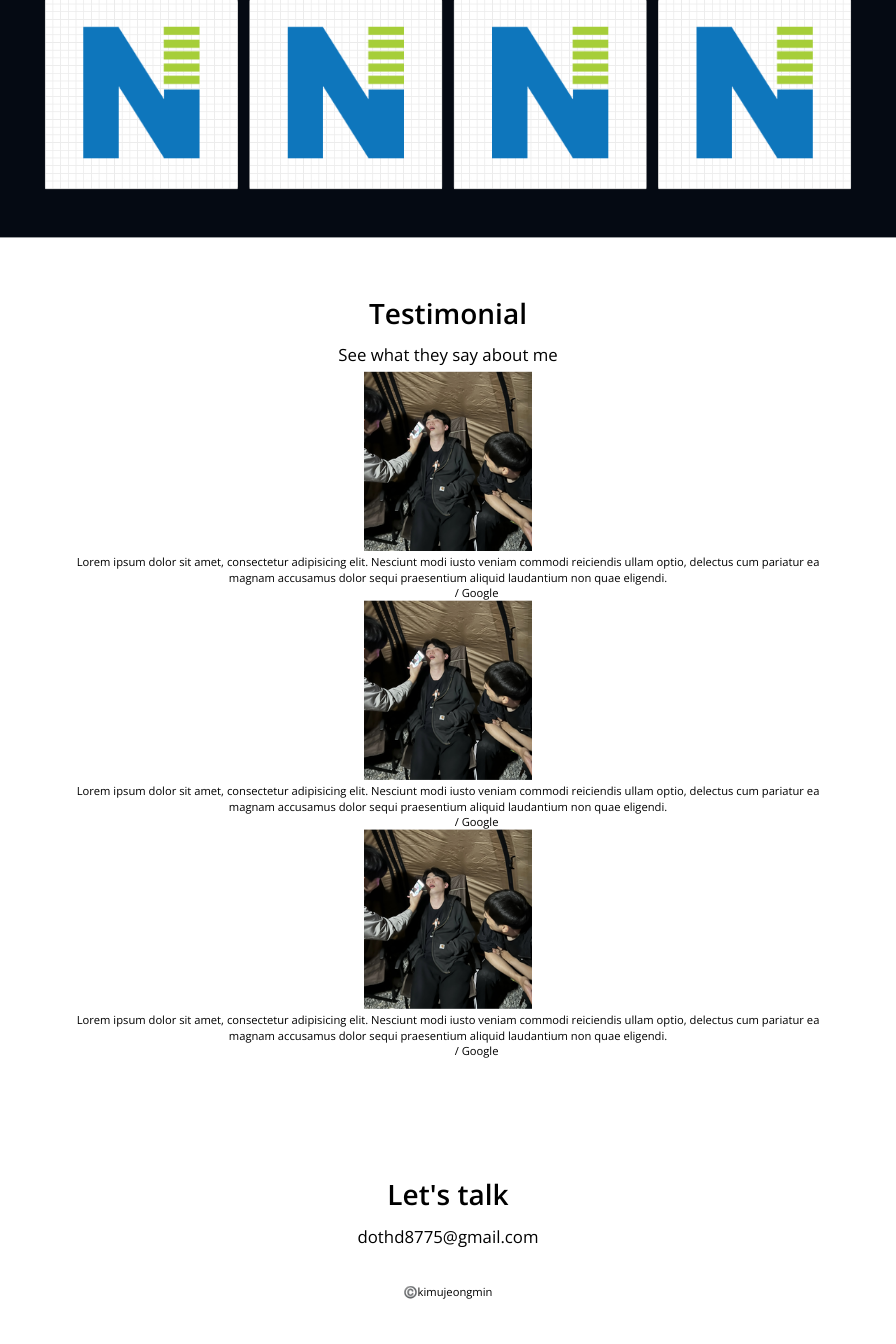
Repository: N1C0N1C0/Portfolio
Page: index.html
The author's editor kept a copy of each file at every save. The page is drawn from the files as they stood at one save, then again after the next save.
The browser window is 1280 px wide. The pictures show the part of the page from y = 2913 to 4833 px (the page is 4833 px tall before and 4772 px after), at 70% of full size.
Some web libraries are served in a nearby version.

Above is the page before, as saved 2023-12-17 02:17:18.

### index.html
<!DOCTYPE html>
<html lang="jp">
<head>
    <meta charset="UTF-8">
    <meta name="viewport" content="width=device-width, initial-scale=1.0">
    <!-- SEO -->
    <title>My&#39s Portfolio</title>
    <meta
        name="description"
        content="Portfolio for job change"
    />
    <meta
        name="author" content="KimJeongmin"
    />
    <link rel="shortcut icon" href="images/favicon.ico" type="image/x-icon">
    <!-- OG(OPEN Graph Data) -->
    <meta property="og:title" content="Portfolio"/>
    <meta property="og:type" content="website"/>
    <meta property="og:url" content="URL generated after deployment"/>
    <meta property="og:image" content="Image URL created after deployment"/>
    <!-- Google Fonts -->
    <link rel="preconnect" href="https://fonts.googleapis.com">
    <link rel="preconnect" href="https://fonts.gstatic.com" crossorigin>
    <link href="https://fonts.googleapis.com/css2?family=Noto+Sans+JP:wght@300;400;500&family=Open+Sans:wght@400;600&display=swap" rel="stylesheet">
    <!-- Font Awesome -->
    <script src="https://kit.fontawesome.com/04742e9fab.js" crossorigin="anonymous"></script>
    <!-- CSS -->
    <link rel="stylesheet" href="css/style.css">
    <!-- Javascript -->
    <script src="src/main.js" defer></script>
</head>
<body>
    <!-- Header -->
    <header class="header">
        <div class="header__logo">
            <img class="header__logo__img" src="images/favicon.ico" alt="logo" />
            <h1 class="header__logo__title"><a href="#">キムジョンミン</a></h1>
        </div>
        <nav>
            <ul class="header__menu">
                <li><a class="header__menu__item active" href="#home">Home</a></li>
                <li><a class="header__menu__item" href="#about">About</a></li>
                <li><a class="header__menu__item" href="#skills">Skill</a></li>
                <li><a class="header__menu__item" href="#work">My Work</a></li>
                <li><a class="header__menu__item" href="#testimonials">Testimonials</a></li>
                <li><a class="header__menu__item" href="#contact">Contact</a></li>
            </ul>
        </nav>
    </header>
    <!-- Main -->
    <main>
        <!-- Home -->
        <section id="home">
            <img class="home__avatar" src="images/profile.JPG" alt="profile">
            <h2 class="home__title">Hello<br/> I&#39;m <strong class="home__title--strong">Jeongmin</strong></h2>
            <p class="home__description">A software engineer currently residing in Nagoya, Japan</p>
            <a class="home__contact" href="#contact">Contact Me</a>
        </section>
        <!-- About -->
        <section id="about" class="section max-container">
            <h2 class="title">About me</h2>
            <p class="description">
                Lorem ipsum dolor sit amet, consectetur adipisicing elit. Ab sit eligendi corporis? Modi animi natus iure reprehenderit, repellat voluptates! Quidem adipisci expedita quae, aspernatur aliquid voluptatem. Harum eligendi temporibus laboriosam.
            </p>
            <ul class="majors">
                <li class="major">
                    <i class="fa-brands fa-html5 major__icon"></i>
                    <p class="major__title">Front-end</p>
                    <p>HTML, CSS, JavaScript, TypeScript, React, Vue, Web APIs</p>
                </li>
                <li class="major">
                    <i class="fa-solid fa-mobile major__icon"></i>
                    <p class="major__title">Mobile</p>
                    <p>Android, iOS, Swift, Java, Kotlin</p>
                </li>
                <li class="major">
                    <i class="fa-solid fa-server major__icon"></i>
                    <p class="major__title">Back-end</p>
                    <p>Java, Javascript, NodeJs, Rest APIs</p>
                </li>
            </ul>
            <ul class="jobs">
                <li class="job">
                    <img class="job__img" src="images/sis_image.png" alt="株式 SIS">
                    <div>
                        <p class="job__name">SIS as Software Engineer</p>
                        <p class="job__period">2023 Dec - Until now</p>
                    </div>
                </li>
            </ul>
        </section>
        <!-- Skills -->
        <section id="skills" class="section">
            <div class="max-container">
                <h2 class="title">My Skills</h2>
            <p class="description">Skills & Attributes</p>
            <p>
                Lorem ipsum dolor sit amet consectetur adipisicing elit. Beatae sit, porro nesciunt fuga dolores nemo unde labore quaerat! Sapiente quis aspernatur perferendis veritatis quidem     pariatur temporibus provident molestiae assumenda quo?
            </p>
            <div class="skills">
                <section class="skills__coding">
                    <h3 class="skills__title">Coding Skills</h3>
                    <ul>
                        <li class="bar">
                            <div class="bar__metadata"><span>HTML</span><span>98%</span></div>
                            <div class="bar__bg"><div class="bar__value" style="width: 98%"></div></div>
                        </li>
                        <li class="bar">
                            <div class="bar__metadata"><span>CSS</span><span>98%</span></div>
                            <div class="bar__bg"><div class="bar__value" style="width: 98%"></div></div>
                        </li>
                        <li class="bar">
                            <div class="bar__metadata"><span>JavaScript</span><span>98%</span></div><div class="bar__bg">
                            <div class="bar__value" style="width: 98%"></div></div>
                        </li>
                        <li class="bar">
                            <div class="bar__metadata"><span>TypeScript</span><span>98%</span></div>
                            <div class="bar__bg"><div class="bar__value" style="width: 98%"></div></div>
                        </li>
                        <li class="bar">
                            <div class="bar__metadata"><span>React</span><span>98%</span></div>
                            <div class="bar__bg"><div class="bar__value" style="width: 98%"></div></div>
                        </li>
                        <li class="bar">
                            <div class="bar__metadata"><span>Java</span><span>68%</span></div>
                            <div class="bar__bg"><div class="bar__value" style="width: 68%"></div></div>
                        </li>
                    </ul>
                </section>
                <section class="skills__tools">
                    <h3 class="skills__title">Tools</h3>
                    <ul>
                        <li>Visual Studio Code</li>
                        <li>IntelliJ</li>
                        <li>Eclipse</li>
                        <li>SpringToolSuite4</li>
                    </ul>
                </section>
                <section class="skills__etc">
                    <h3 class="skills__title">Etc</h3>
                    <ul>
                        <li>Git</li>
                        <li>Post Man</li>
                        <li>Math</li>
                    </ul>
                </section>
            </div>
            </div>
        </section>
        <!-- Work -->
        <section id="work" class="section">
            <div class="max-container">
                <h2 class="title">My work</h2>
            <p class="description">Projects</p>
            <ul class="categories">
                <li><button class="category category--selected">All <span class="category__count">8</span></button></li>
                <li><button class="category">Front-end <span class="category__count">3</span></button></li>
                <li><button class="category">back-end <span class="category__count">3</span></button></li>
                <li><button class="category">Mobile <span class="category__count">2</span></button></li>
            </ul>
            <ul class="projects">
                <li class="project"><a href="#" target="_blank">
                    <img src="images/ncs_image.gif" alt="profile1" class="project__img">
                    <div class="project__metadata">
                        <h3 class="project__metadata__title">Project #1</h3>
                        <p>Clone Coding with HTML, CSS</p>
                    </div>
                </a></li>
                <li class="project"><a href="#" target="_blank">
                    <img src="images/ncs_image.gif" alt="profile2" class="project__img">
                    <div class="project__metadata">
                        <h3 class="project__metadata__title">Project #2</h3>
                        <p>Clone Coding with HTML, CSS</p>
                    </div>
                </a></li>
                <li class="project"><a href="#" target="_blank">
                    <img src="images/ncs_image.gif" alt="profile3" class="project__img">
                    <div class="project__metadata">
                        <h3 class="project__metadata__title">Project #3</h3>
                        <p>Clone Coding with HTML, CSS</p>
                    </div>
                </a></li>
                <li class="project"><a href="#" target="_blank">
                    <img src="images/ncs_image.gif" alt="profile4" class="project__img">
                    <div class="project__metadata">
                        <h3 class="project__metadata__title">Project #4</h3>
                        <p>Clone Coding with HTML, CSS</p>
                    </div>
                </a></li>
                <li class="project"><a href="#" target="_blank">
                    <img src="images/ncs_image.gif" alt="profile5" class="project__img">
                    <div class="project__metadata">
                        <h3 class="project__metadata__title">Project #5</h3>
                        <p>Clone Coding with HTML, CSS</p>
                    </div>
                </a></li>
                <li class="project"><a href="#" target="_blank">
                    <img src="images/ncs_image.gif" alt="profile6" class="project__img">
                    <div class="project__metadata">
                        <h3 class="project__metadata__title">Project #6</h3>
                        <p>Clone Coding with HTML, CSS</p>
                    </div>
                </a></li>
                <li class="project"><a href="#" target="_blank">
                    <img src="images/ncs_image.gif" alt="profile7" class="project__img">
                    <div class="project__metadata">
                        <h3 class="project__metadata__title">Project #7</h3>
                        <p>Clone Coding with HTML, CSS</p>
                    </div>
                </a></li>
                <li class="project"><a href="#" target="_blank">
                    <img src="images/ncs_image.gif" alt="profile8" class="project__img">
                    <div class="project__metadata">
                        <h3 class="project__metadata__title">Project #8</h3>
                        <p>Clone Coding with HTML, CSS</p>
                    </div>
                </a></li>
            </ul>
            </div>
        </section>
        <!-- Testimonials -->
        <section id="testimonials" class="section max-container">
            <h2 class="title">Testimonial</h2>
            <p class="description">See what they say about me</p>
            <ul class="testimonials">
                <li class="testimonial">
                    <img src="images/favicon.ico" alt="" class="testimonial__img">
                    <div class="testimonial__bubble">
                        <p>Lorem ipsum dolor sit amet, consectetur adipisicing elit. Nesciunt modi iusto veniam commodi reiciendis ullam optio, delectus cum pariatur ea magnam accusamus dolor sequi praesentium aliquid laudantium non quae eligendi.</p>
                        <p><a href="#" class="testimonial__bubble__name">James Kim</a> / Google</p>
                    </div>
                </li>
                <li class="testimonial">
                    <img src="images/favicon.ico" alt="" class="testimonial__img">
                    <div class="testimonial__bubble">
                        <p>Lorem ipsum dolor sit amet, consectetur adipisicing elit. Nesciunt modi iusto veniam commodi reiciendis ullam optio, delectus cum pariatur ea magnam accusamus dolor sequi praesentium aliquid laudantium non quae eligendi.</p>
                        <p><a href="#" class="testimonial__bubble__name">James Kim</a> / Google</p>
                    </div>
                </li>
                <li class="testimonial">
                    <img src="images/favicon.ico" alt="" class="testimonial__img">
                    <div class="testimonial__bubble">
                        <p>Lorem ipsum dolor sit amet, consectetur adipisicing elit. Nesciunt modi iusto veniam commodi reiciendis ullam optio, delectus cum pariatur ea magnam accusamus dolor sequi praesentium aliquid laudantium non quae eligendi.</p>
                        <p><a href="#" class="testimonial__bubble__name">James Kim</a> / Google</p>
                    </div>
                </li>
            </ul>
        </section>
        <!-- Arrow up -->
        <aside>
            <a href="#home" title="back to top">
                <i class="fa-solid fa-arrow-up"></i>
            </a>
        </aside>
    </main>
    <!-- Footer -->
    <footer id="contact" class="section">
        <h2 class="title">Let&#39;s talk</h2>
        <p class="description">dothd8775@gmail.com</p>
        <ul>
            <li>
                <a href="https//github.com/" target="_blank" title="my github link">
                    <i class="fa-brands fa-github"></i>
                </a>
            </li>
            <li>
                <a href="https//github.com/" target="_blank" title="my kinkedin link">
                    <i class="fa-brands fa-linkedin"></i>
                </a>
            </li>
        </ul>
        <p>©️kimujeongmin</p>
    </footer>
</body>
</html>

### css/style.css
/* Global */
:root {
    /* App Colors */
    --color-primary: var(--color-black);
    --color-primary-variant: var(--color-gray);
    --color-accent: var(--color-blue);
    --color-accent-variant: var(--color-orange);
    --color-text: var(--color-white);

    /* Colors */
    --color-white : #ffffff;
    --color-black : #050a13;
    --color-blue : #03e8f9;
    --color-orange : #fd6413;
    --color-gray : #1b1e26;

    /* Size */
    --size-max-width : 1200px;
}

* {
    box-sizing: border-box;
}

body {
    font-family: 'Open Sans', sans-serif;
    margin: 0;
}

h1, h2, h3, p, ul {
    margin: 0;
}

ul {
    list-style: none;
    padding: 0;
}

a {
    text-decoration: none;
    color: var(--color-text);
}

button {
    background-color: transparent;
    outline: 0;
    border: 0;
}

button:focus {
    outline: 1px solid var(--color-accent);
}

/* Common */
.section {
    padding: 4rem;
    text-align: center;
}

.title {
    font-size: 2.5rem;
    margin: 1rem 0;
}

.description {
    font-size: 1.5rem;
    margin: 0.5rem 0;
}

.max-container {
    max-width: var(--size-max-width);
    margin: auto;
}

/* Header */
.header {
    background-color: var(--color-black);
    position: fixed;
    top: 0;
    width: 100%;
    padding: 1rem;
    display: flex;
    justify-content: space-between;
    align-items: center;
    z-index: 1;
}

.header__logo {
    display: flex;
    align-items: center;
    gap: 8px;
}

.header__logo__img {
    width: 36px;
    height: 36px;
    border-radius: 100%;
}

.header__logo__title {
    font-size: 1.8rem;
}

.header__menu {
    display: flex;
    gap: 4px;
}

.header__menu__item {
    padding: 8px 16px;
}

.header__menu__item:hover {
    border-bottom: 1px solid var(--color-accent);
}

.header__menu__item.active {
    border: 1px solid var(--color-accent);
    border-radius: 4px;
}

/* Home */
#home {
    background-color: var(--color-primary);
    color: var(--color-text);
    padding: 5rem 1rem;
    padding: 7rem;
    text-align: center;
}

.home__avatar {
    width: 250px;
    height: 250px;
    object-fit: cover;
    border-radius: 100%;
    border: 3px solid var(--color-accent);
}

.home__title {
    font-size: 3rem;
    margin-bottom: ;
}

.home__title--strong {
    color: var(--color-accent);
}

.home__description {
    font-size: 1.3rem;
}

.home__contact {
    display: inline-block;
    background-color: var(--color-accent);
    color: var(--color-black);
    margin: 2rem;
    padding: 0.5rem 1rem;
    font-weight: bold;
    border-radius: 4px;
}

.home__contact:hover {
    background-color: transparent;
    color: var(--color-text);
    outline: 2px solid var(--color-accent);
}

/* About */
.majors {
    display: flex;
    justify-content: space-between;
    gap: 1rem;
    margin: 2.5rem 0;
}

.major {
    background-color: var(--color-primary-variant);
    width: 30%;
    padding: 2rem 1rem;
    color: var(--color-text);
    border-radius: 1rem;
    cursor: default;
    box-shadow: 21px 34px 15px 4px #777777;
}

.major__icon {
    font-size: 4rem;
    margin: 1rem 0;
    color: var(--color-accent);
    transition: all 300ms ease;
}

.major__title {
    font-size: 1.5rem;
    font-weight: bold;
    margin-bottom: 1rem;
}

.major:hover .major__icon{
    transform: rotate(-15deg) scale(1.2);
}

.jobs {
    text-align: start;
}

.job {
    display: flex;
    align-items: center;
    gap: 8px;
    margin-bottom: 1rem;
}

.job__img {
    width: 60px;
    height: 60px;
    object-fit: contain;
}

.job__name {
    color: var(--color-primary);
}

.job__period {
    color: var(--color-primary);
    font-size: 0.8rem;
}

/* Skills */
#skills {
    background-color: var(--color-primary-variant);
    color: var(--color-text);

}

.skills {
    display: grid;
    grid-template-columns: 6fr 4fr;
    margin: 2rem 3rem;
    border-radius: 8px;
    overflow: hidden;
    box-shadow: 0 2.8px 2.2px rgba(0, 0, 0, 0.034), 0 6.7px 5.3px rgba(0, 0, 0, 0.048), 0 12.5px 10px rgba(0, 0, 0, 0.06), 0 22.3px 17.9px rgba(0, 0, 0, 0.072), 0 41.8px 33.4px rgba(0, 0, 0, 0.086), 0 100px 80px rgba(0, 0, 0, 0.12);
}

.skills__title {
    color: var(--color-accent);
    margin: 1rem 0;
    font-size: 1.2rem;
}

.skills__coding {
    grid-row: span 2;
    padding: 1rem;
    background-color: var(--color-primary);
}

.skills__tools {
    padding: 1rem;
}

.skills__etc {
    padding: 1rem;
    background-color: var(--color-primary);
    filter: brightness(150%);
}

.bar {
    display: flex;
    flex-direction: column;
    padding: 1rem;
    gap: 0.5rem;
}

.bar__metadata {
    display: flex;
    justify-content: space-between;
    background-color: var(--color-primary-variant);
}

.bar__value {
    height: 3px;
    background-color: var(--color-accent);
}

/* Work */
#work {
    background-color: var(--color-primary);
    color: var(--color-text);
}

.categories {
    display: flex;
    justify-content: center;
    margin: 2.5rem;
    gap: 1rem;
}

.category {
    position: relative;
    color: var(--color-text);
    font-size: 1.1rem;
    padding: 0.5rem 3rem;
    border-radius: 4px;
    border: 1px solid var(--color-accent);
    cursor: pointer;
    white-space: nowrap;
}

.category--selected {
    background-color: var(--color-accent);
    color: var(--color-primary);
}

.category__count {
    opacity: 0;
    position: absolute;
    top: -20px;
    right: 16px;
    width: 28px;
    height: 28px;
    line-height: 28px;
    border-radius: 100%;
    background-color: var(--color-accent-variant);
    color: var(--color-text);
    transition: all 250ms ease-in;
}

.category--selected .category__count,
.category:hover .category__count {
    opacity: 1;
    top: 0;
}

.projects {
    display: grid;
    grid-template-columns: repeat(4, 1fr);
    grid-template-rows: repeat(2, 1fr);
    gap: 1rem;
}

.project {
    position: relative;
    border-radius: 8px;
    overflow: hidden;
}

.project__img {
    width: 100%;
}

.project__metadata {
    position: absolute;
    top: 0;
    left: 0;
    width: 100%;
    height: 100%;
    background-color: var(--color-black);
    opacity: 0;
    display: flex;
    flex-direction: column;
    justify-content: center;
    align-items: center;
    transition: all 250ms ease-in;
    transform: translateY(-10px);
}

.project__metadata:hover {
    opacity: 0.8;
    transform: translateY(0px);
}

.project__metadata__title:after {
    content: '';
    display: block;
    position: relative;
    left: 50%;
    transform: translateX(-50%);
    margin: 0.5rem 0;
    width: 70px;
    height: 2px;
    background-color: var(--color-accent);
}

Loaded but not shown: src/main.js (no copy from this time; the picture is the same without it)

After the next save:
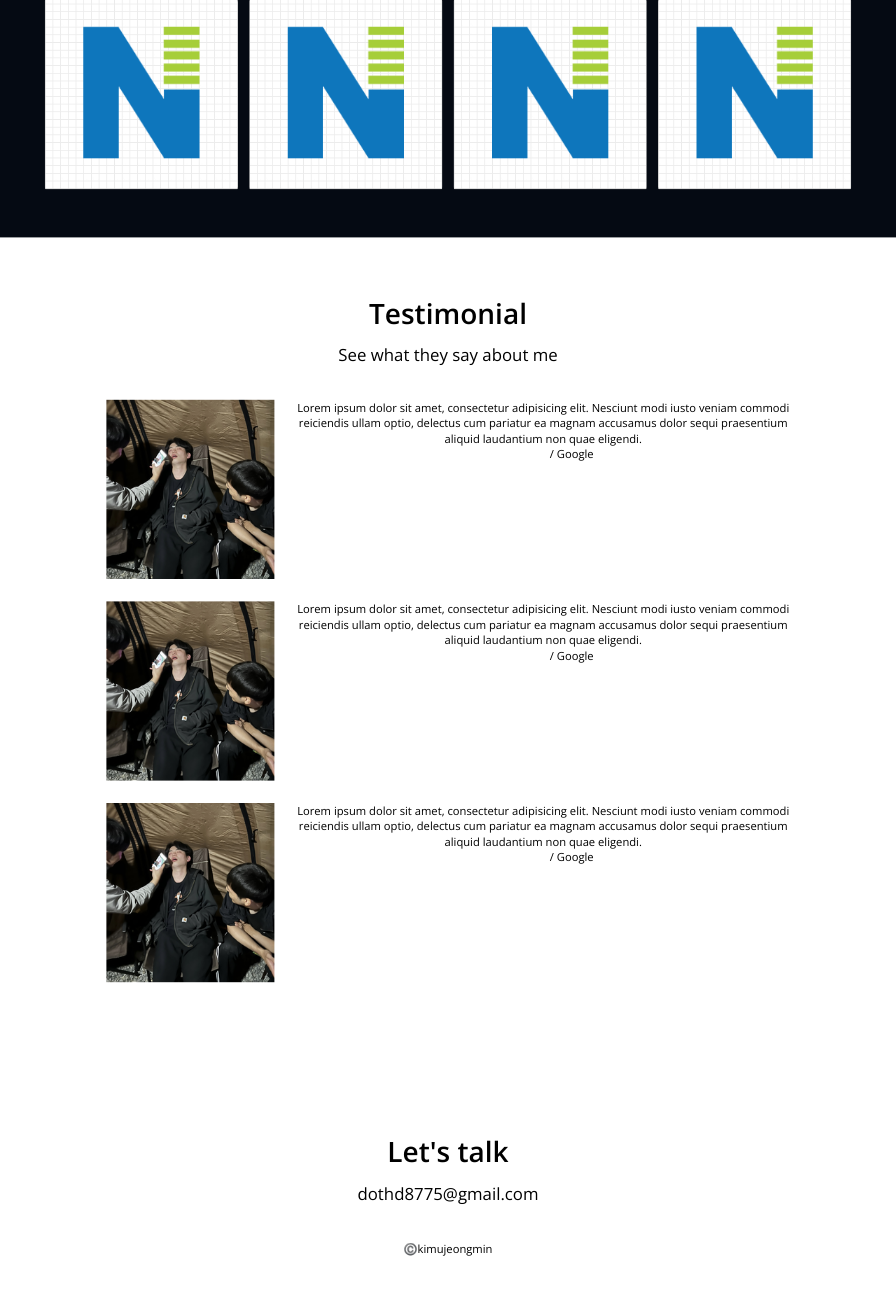
Saved 68 s later.
--- a/css/style.css
+++ b/css/style.css
@@ -380,3 +380,14 @@
     height: 2px;
     background-color: var(--color-accent);
 }
+
+/* Testimonial */
+.testimonials {
+    margin: 3rem;
+}
+
+.testimonial {
+    display: flex;
+    gap: 2rem;
+    margin-bottom: 2rem;
+}
